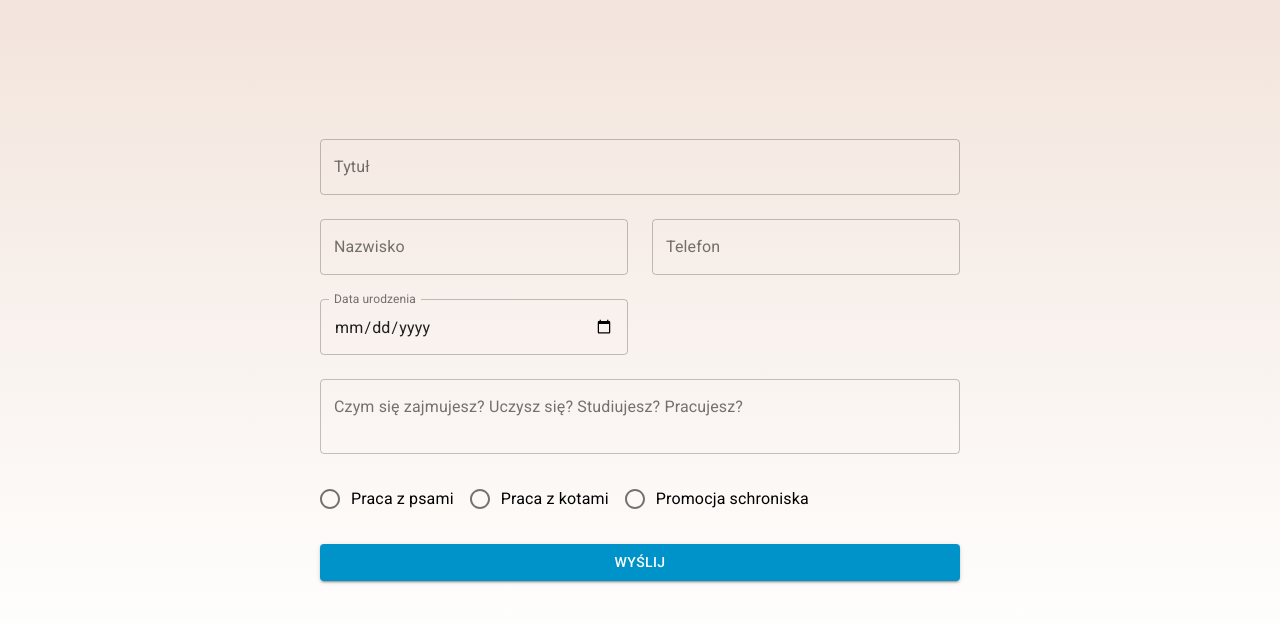
Repository: piotr-bocian/Projekt-5
Page: /
These files come from the project's save history. The page is drawn as it stood at one moment and after the next save; the edit follows.
The browser window is 1280 px wide. The pictures show the whole page.
The project was rebuilt for these pictures with package versions that can differ from the ones it lists, and the page was loaded fresh each time.

Above is the page before, as saved 2021-03-22 17:53:54.

After the next save:
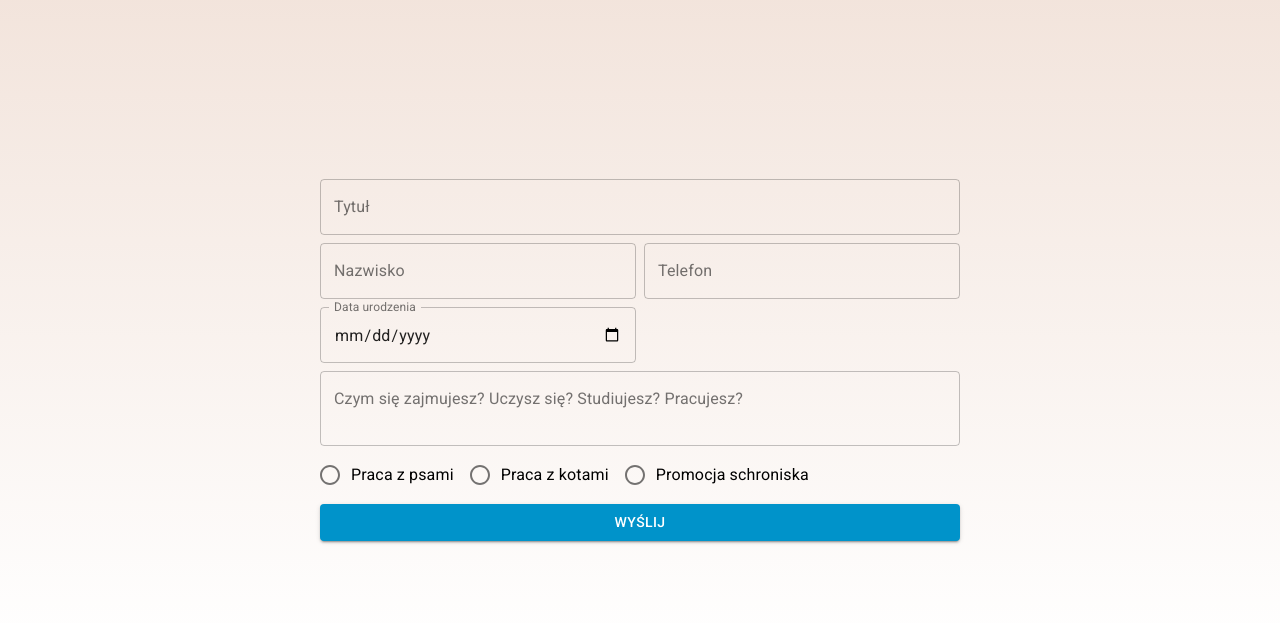
Saved 18 s later.
--- a/src/components/Organisms/AdotpionForm/AdotpionForm.js
+++ b/src/components/Organisms/AdotpionForm/AdotpionForm.js
@@ -24,7 +24,7 @@
 
     return (
         <form className="form" onSubmit={sendForm}>
-            <Grid container spacing={3}>
+            <Grid container spacing={1}>
                 <Grid item xs={12} sm={12} md={12}>
                     <TextField
                         variant="outlined"

After the 2 saves that followed:
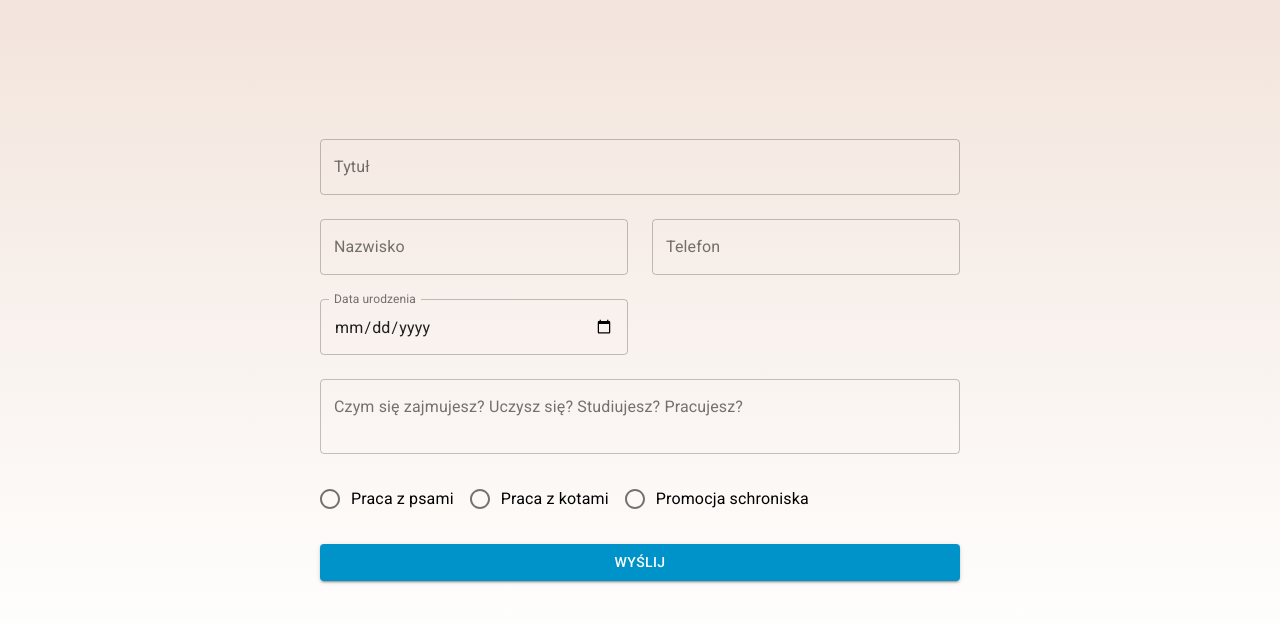
The 2 saves are shown as one change because 1 left the picture as it was.
The last was saved 97 s later.
--- a/src/components/Organisms/AdotpionForm/AdotpionForm.js
+++ b/src/components/Organisms/AdotpionForm/AdotpionForm.js
@@ -14,7 +14,7 @@
 
     const sendForm = (e) => {
         e.preventDefault();
-        console.log(firstName);
+        console.log(title);
         console.log(lastName);
         console.log(mobile);
         console.log(birthDate);
@@ -24,7 +24,7 @@
 
     return (
         <form className="form" onSubmit={sendForm}>
-            <Grid container spacing={1}>
+            <Grid container spacing={3}>
                 <Grid item xs={12} sm={12} md={12}>
                     <TextField
                         variant="outlined"
